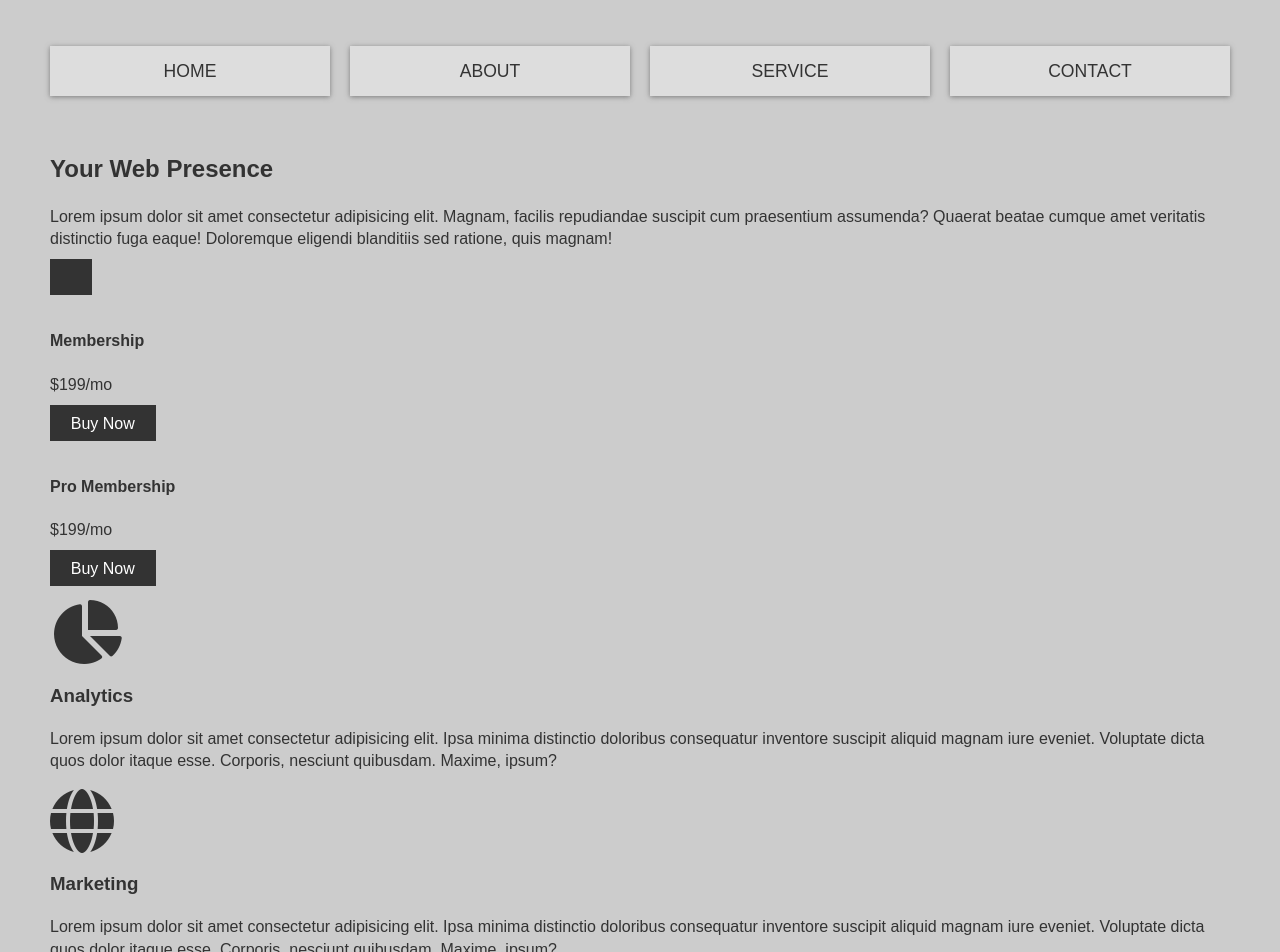
Repository: 1813404040072/grid-demo
Page: index.html
These files come from the project's save history. The page is drawn as it stood at one moment and after a run of saves; the edit follows.
The browser window is 1280 px wide. The pictures show the part of the page from y = 0 to 952 px (the page is 2320 px tall before and 2049 px after).
Some web libraries are served in a nearby version.

Above is the page before, as saved 2019-12-24 23:32:14.

### index.html
<!DOCTYPE html>
<html lang="en">
<head>
    <meta charset="UTF-8">
    <meta name="viewport" content="width=device-width, initial-scale=1.0">
    <meta http-equiv="X-UA-Compatible" content="ie=edge">
    <title>GridBiz</title>
    <script src="https://kit.fontawesome.com/a076d05399.js"></script>
    <link rel="stylesheet" href="style.css"/>
</head>
<body>
    <div class="wrapper">
        <!-- Navigation -->
        <nav class="main-nav">
            <ul>
                <li><a href="#">Home</a></li>
                <li><a href="#">About</a></li>
                <li><a href="#">Service</a></li>
                <li><a href="#">Contact</a></li>
            </ul>
        </nav>
        <!-- Top container -->
        <section class="top-container">
            <header class="showcase">
                <h1>Your Web Presence</h1>
                <p>Lorem ipsum dolor sit amet consectetur adipisicing elit. Magnam, facilis repudiandae suscipit cum praesentium assumenda? Quaerat beatae cumque amet veritatis distinctio fuga eaque! Doloremque eligendi blanditiis sed ratione, quis magnam!</p>
                <a href="#" class="btn"></a>
            </header>
            <div class="top-box top-box-a">
                <h4>Membership</h4>
                <p class="price">$199/mo</p>
                <a href="#"class="btn">Buy Now</a>
            </div>
            <div class="top-box top-box-a">
                <h4>Pro Membership</h4>
                <p class="price">$199/mo</p>
                <a href="#"class="btn">Buy Now</a>
            </div>
        </section>

        <!-- Boxes Section -->
        <section class="boxes">
            <div class="box">
                <i class="fas fa-chart-pie fa-4x"></i>
                <h3>Analytics</h3>
                <p>
                    Lorem ipsum dolor sit amet consectetur adipisicing elit. Ipsa minima distinctio doloribus consequatur inventore suscipit aliquid magnam iure eveniet. Voluptate dicta quos dolor itaque esse. Corporis, nesciunt quibusdam. Maxime, ipsum?
                </p>
            </div>
            <div class="box">
                <i class="fas fa-globe fa-4x"></i>
                <h3>Marketing</h3>
                <p>
                    Lorem ipsum dolor sit amet consectetur adipisicing elit. Ipsa minima distinctio doloribus consequatur inventore suscipit aliquid magnam iure eveniet. Voluptate dicta quos dolor itaque esse. Corporis, nesciunt quibusdam. Maxime, ipsum?
                </p>
            </div>
            <div class="box">
                <i class="fas fa-cog fa-4x"></i>
                <h3>Development</h3>
                <p>
                    Lorem ipsum dolor sit amet consectetur adipisicing elit. Ipsa minima distinctio doloribus consequatur inventore suscipit aliquid magnam iure eveniet. Voluptate dicta quos dolor itaque esse. Corporis, nesciunt quibusdam. Maxime, ipsum?
                </p>
            </div>
            <div class="box">
                <i class="fas fa-user fa-4x"></i>
                <h3>Support</h3>
                <p>
                    Lorem ipsum dolor sit amet consectetur adipisicing elit. Ipsa minima distinctio doloribus consequatur inventore suscipit aliquid magnam iure eveniet. Voluptate dicta quos dolor itaque esse. Corporis, nesciunt quibusdam. Maxime, ipsum?
                </p>
            </div>
        </section>
        <!-- Info Section -->
        <section class="info">
            <img src="img/pic1.jpg" alt="">
            <h2>Your Bussiness on the web</h2>
            <p>Lorem ipsum dolor, sit amet consectetur adipisicing elit. Nulla dolore ipsum hic maxime laboriosam accusantium quisquam blanditiis ipsa incidunt possimus! Id distinctio optio vitae consequuntur iste mollitia esse nisi eius?</p>
            <a href="#" class="btn">Learn More</a>
        </section>


        <!-- Portfolio -->
        <section class="portfolio">
            <img src="https://source.unsplash.com/random/200x200" alt="">
            <img src="https://source.unsplash.com/random/200x200" alt="">
            <img src="https://source.unsplash.com/random/200x200" alt="">
            <img src="https://source.unsplash.com/random/200x200" alt="">
            <img src="https://source.unsplash.com/random/200x200" alt="">
            <img src="https://source.unsplash.com/random/200x200" alt="">
            <img src="https://source.unsplash.com/random/200x200" alt="">
            <img src="https://source.unsplash.com/random/200x200" alt="">
            <img src="https://source.unsplash.com/random/200x200" alt="">
        </section>

        <!-- Footer -->
        <footer>
            <p>GridBiz &copy; 2019</p>
        </footer>

    </div>
    <!-- wrapper Ends -->

</body>
</html>

### style.css
/* CSS Variables */
:root {
    --primary: #ddd;
    --dark: #333;
    --light: #fff;
    --shadow: 0 1px 5px rgba(104, 104, 104, 0.8);
}

html{
    box-sizing: border-box;
    font-family: Arial, Helvetica, sans-serif;
    color: var(--dark);
}

body {
    background: #ccc;
    margin: 30px 50px;
    line-height: 1.4;
}

.btn {
    background-color: var(--dark);
    color: var(--light);
    padding: 0.6rem 1.3rem;
    text-decoration: none;
    border: 0;
}

img {
    max-width: 100%;
}

.wrapper {
    display: grid;
    grid-gap: 20px;
}


/* Mavigation */
.main-nav ul {
    display: grid;
    grid-gap: 20px;
    padding: 0;
    list-style: none;
    grid-template-columns: repeat(4, 1fr);
}

.main-nav a{
    background: var(--primary);
    display: block;
    text-decoration: none;
    padding: 0.8rem;
    text-align: center;
    color: var(--dark);
    text-transform: uppercase;
    font-size: 1.1rem;
    box-shadow: var(--shadow);
}

.main-nav a:hover {
    background: var(--dark);
    color: var(--light);
}

/* Top Container */
.top-container{
    display: grid;
    grid-gap: 20px;
    grid-template-areas:
        'showcase showcase top-box-a'
        '';
}

After the next 2 saves:
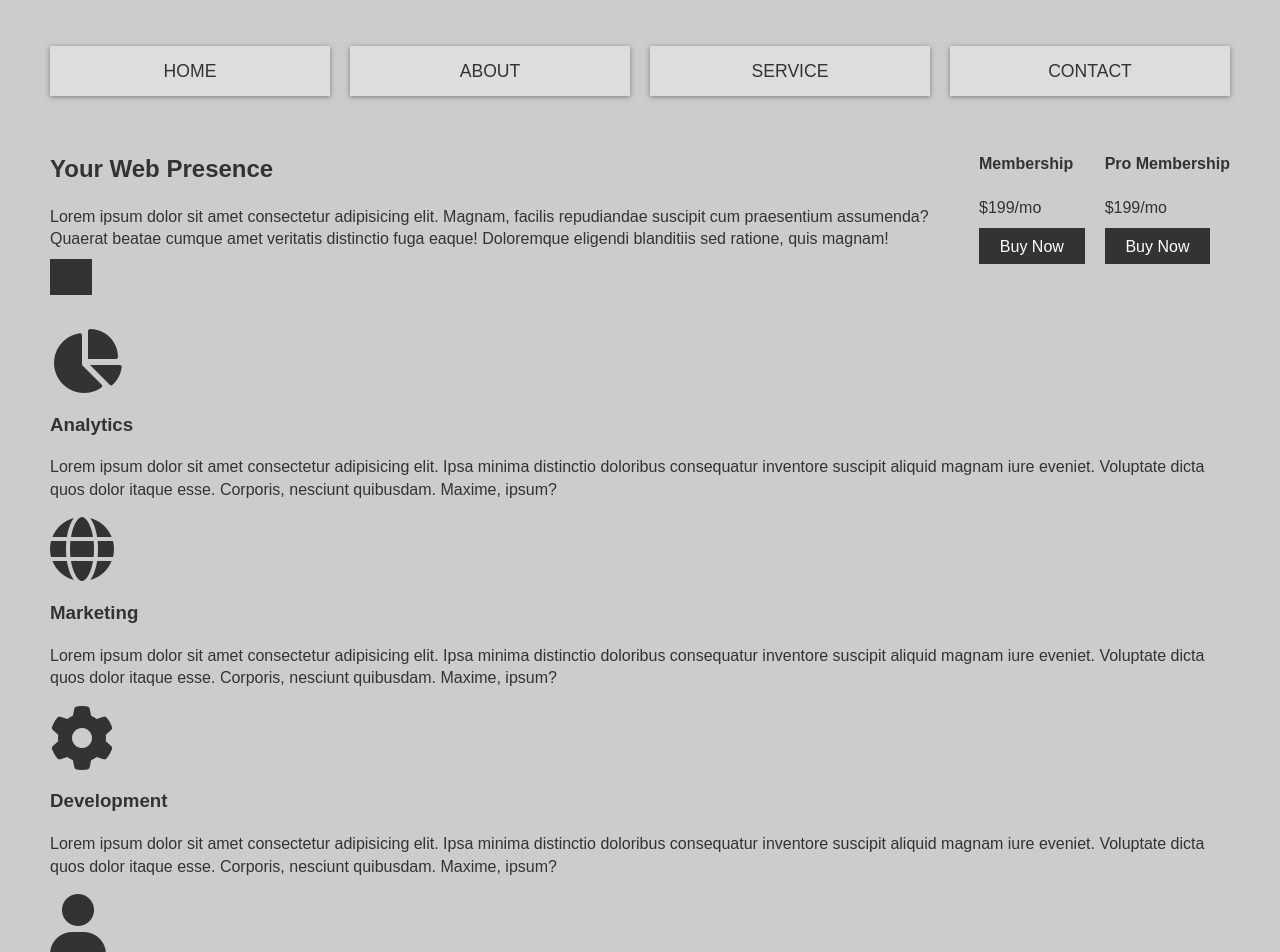
The 2 saves are shown as one change because they came seconds apart.
The last was saved 10 s later.
--- a/style.css
+++ b/style.css
@@ -68,5 +68,5 @@
     grid-gap: 20px;
     grid-template-areas:
         'showcase showcase top-box-a'
-        '';
+        'showcase showcase top-box-b';
 }
